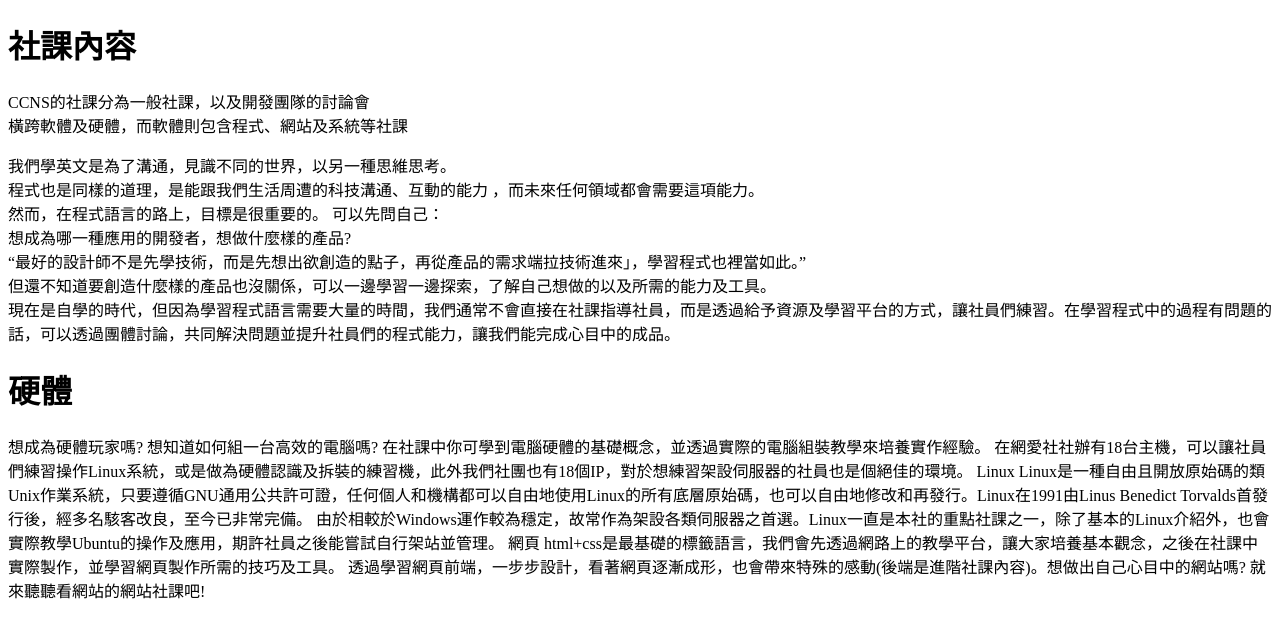
Repository: ccns/ccns_website
Page: classes.html
The author's editor kept a record of every edit. The page is drawn from the files as they stood at one moment, then again after the next edit.
The browser window is 1280 px wide. The pictures show the whole page.

Above is the page before.

After the next edit:
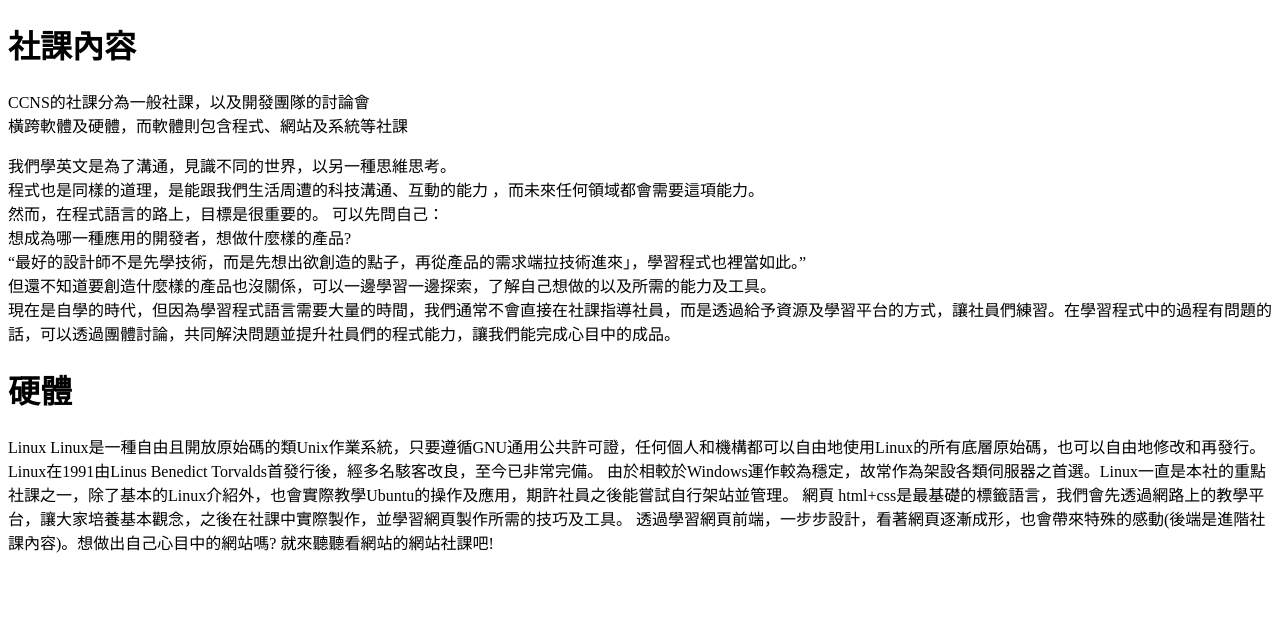
The edit:
--- a/classes.html
+++ b/classes.html
@@ -32,8 +32,6 @@
 
 
 
-想成為硬體玩家嗎?  想知道如何組一台高效的電腦嗎?  在社課中你可學到電腦硬體的基礎概念，並透過實際的電腦組裝教學來培養實作經驗。
-在網愛社社辦有18台主機，可以讓社員們練習操作Linux系統，或是做為硬體認識及拆裝的練習機，此外我們社團也有18個IP，對於想練習架設伺服器的社員也是個絕佳的環境。
 
 Linux
 Linux是一種自由且開放原始碼的類Unix作業系統，只要遵循GNU通用公共許可證，任何個人和機構都可以自由地使用Linux的所有底層原始碼，也可以自由地修改和再發行。Linux在1991由Linus Benedict Torvalds首發行後，經多名駭客改良，至今已非常完備。
